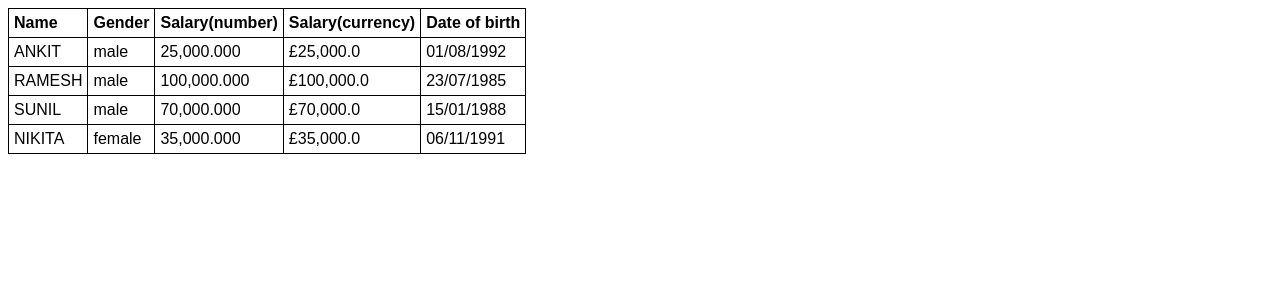
Repository: ammoreloaded/WebProjectFirst
Page: homework/WebProjectFirst/web/filterDemo.html
The author's editor kept a copy of each file at every save. The page is drawn from the files as they stood at one save, then again after a run of saves.
The browser window is 1280 px wide. The pictures show the whole page.

Above is the page before, as saved 2016-05-19 15:15:11.

After the next 2 saves:
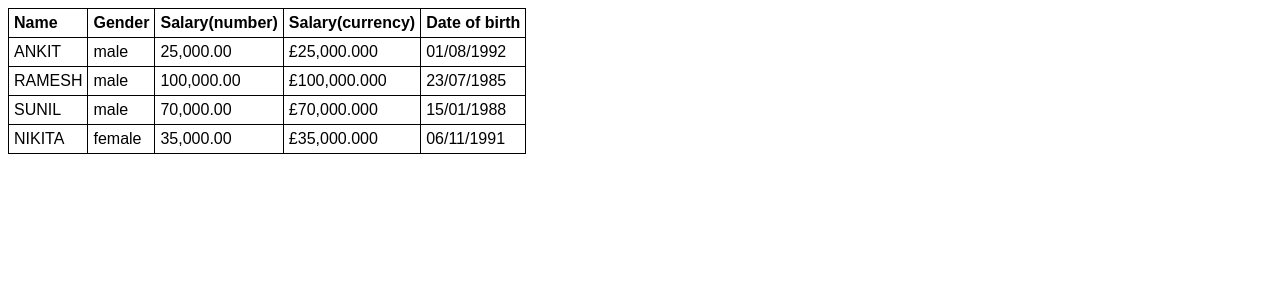
The 2 saves are shown as one change because they came seconds apart.
The last was saved 11 s later.
--- a/homework/WebProjectFirst/web/filterDemo.html
+++ b/homework/WebProjectFirst/web/filterDemo.html
@@ -21,8 +21,8 @@
 				<tr ng-repeat="employee in employees">
 					<td>{{ employee.name | uppercase}}</td>
 					<td>{{ employee.gender | lowercase }}</td>
-					<td>{{ employee.salary | number:3 }}</td>
-					<td>{{ employee.salary | currency:"£":1 }}</td>
+					<td>{{ employee.salary | number:2 }}</td>
+					<td>{{ employee.salary | currency:"£":3 }}</td>
 					<td>{{ employee.dateOfBirth | date : "dd/MM/yyyy" }}</td>
 				</tr>
 			</tbody>
